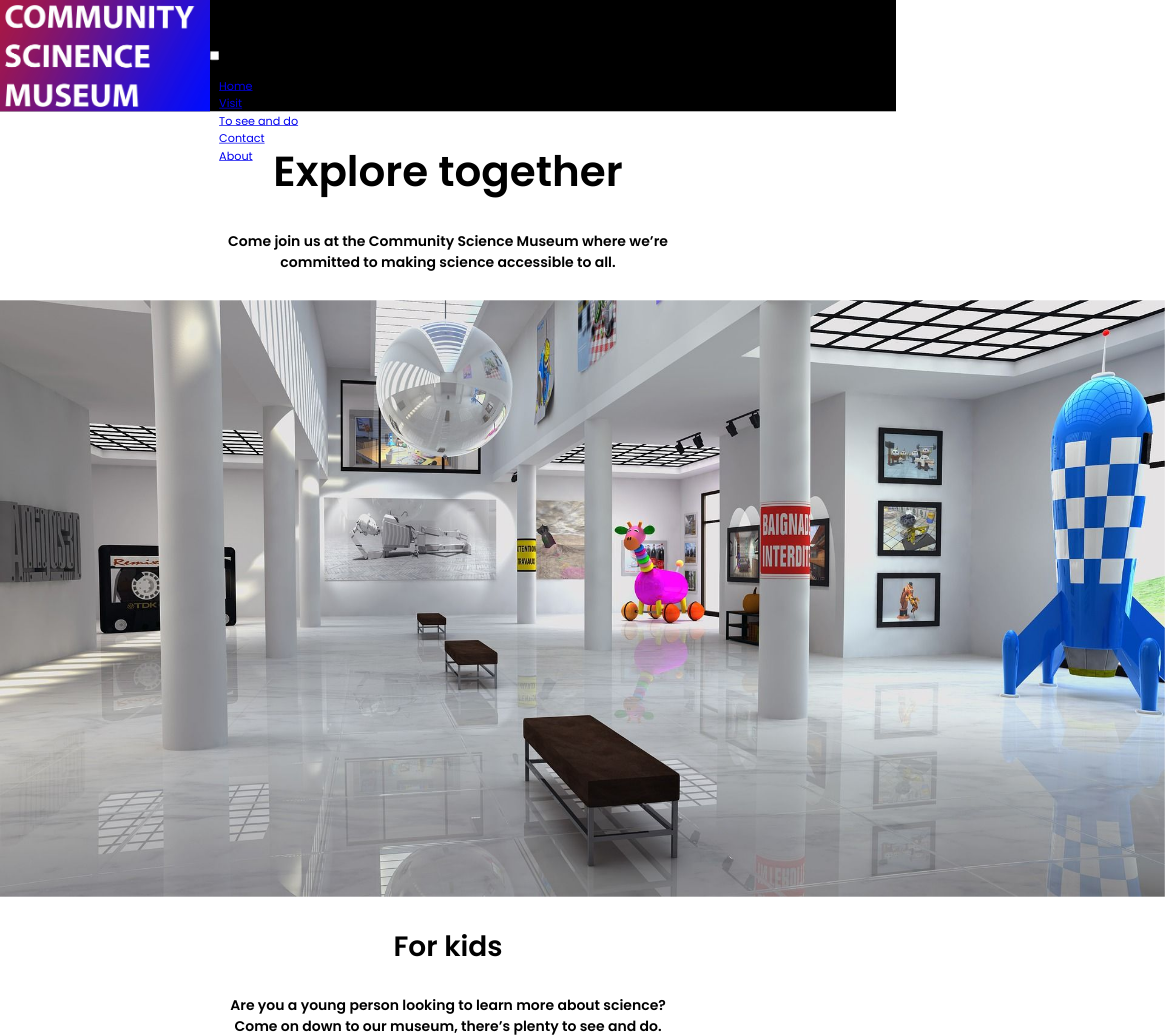
Repository: EpleWasTaken/Semester-Project
Page: index.html
The author's editor kept a copy of each file at every save. The page is drawn from the files as they stood at one save, then again after the next save.
The browser window is 1280 px wide. The page is 1664 px wide, so the pictures cover 1664 px, including what lies to the right of the window. The pictures show the part of the page from y = 0 to 1480 px (the page is 2454 px tall before and 2456 px after), at 70% of full size.
Some web libraries are served in a nearby version.

Above is the page before, as saved 2020-12-04 17:06:06.

### index.html
<!DOCTYPE html>
<html lang="en">
<head>
    <meta charset="UTF-8">
    <meta name="viewport" content="width=device-width, initial-scale=1.0">
    <meta name="keywords" content="museum, science museum, community museum">
    <meta name="author" content="Erlend Molvik Svanevik">
    <title>CSM Home Page</title>

    <link rel="preconnect" href="https://fonts.gstatic.com">
    <link href="https://fonts.googleapis.com/css2?family=Poppins:ital,wght@0,100;0,200;0,300;0,400;0,500;0,600;1,100;1,200;1,300;1,400;1,500;1,600&display=swap" rel="stylesheet">
    <link rel="stylesheet" href="/css/styles.css">
    <link rel="stylesheet" href="/css/footer.css">
    <script src="https://kit.fontawesome.com/cafca22d75.js" crossorigin="anonymous"></script>
</head>


<!--NAVIGAION, LOGO AND SEARCH BAR-->


<body>
    <header>
        <div class="logo-container">
            <a href="index.html" aria-label="Go to frontpage">
                <img src="/Images/CommunityScienceMuseum.jpg" class="logo" alt="Community Science Museum logo">
            </a>
        </div>
        <label class="hamburger-menu" for="hamburger-menu" aria-label="Hamburger menu for navigation"><i class="fas fa-bars fa-2x"></i></label>
        <input type="checkbox" id="hamburger-menu">
        <nav>
            <div class="nav-container">
                <ul>
                    <h2>Menu</h2>
                    <li><a href="index.html" aria-label="Go to home page">Home</a></li>
                    <li><a href="visit.html" aria-label="Go to the visit page">Visit</a></li>
                    <li><a href="to-see-and-do.html" aria-label="Go to: To see and do">To see and do</a></li>
                    <li><a href="contact.html" aria-label="Go to the contact page">Contact</a></li>
                    <li><a href="about.html" aria-label="Go to the about page">About</a></li>
                </ul>
            </div>
        </nav>
    </header>


<!--CONTENT-->


<main>
    <section class="presentation">
        <div class="introduction">
            <div class="welcome-text">
                <h1>Explore together</h1>
                <p>Come join us at the Community Science Museum where we’re committed to making science accessible to all.</p>
            </div>
            <div class="home-image">
                <img src="/Images/200kbmuseum.jpg" class="homepic" alt="Scinence museum hallway">
            </div>
            <div>
                <h3>For kids</h3>
                <p>Are you a young person looking to learn more about science? Come on down to our museum, there’s plenty to see and do.
                   You can learn about Newtonian physics from our bumper swing, or why not travel back in time and meet our resident Woolly Mammoth? Our exhibits are designed to be accessible for interested minds, so make sure you come ready to learn and explore.
                   We also have the Young Stars club which meets once a week on a Saturday between 10:00 and 13:00 where you’ll get to explore and experiment with our team of experts.
                   During the school holidays we run special holiday clubs where you can join other children your age to go on a journey of discovery. Each holiday we pick a new theme to explore. To find out more about the holiday club and how you can join, send us a message.
                </p>
            </div>
            <div>
                </a>
                <h3>What's new?</h3>
                <p>Lorem ipsum dolor sit amet consectetur adipisicing elit. Odio natus nihil soluta deleniti fuga consequuntur quos suscipit ratione,
                ipsam, laboriosam dolorum, veritatis saepe beatae incidunt eos autem fugit commodi sequi!</p>
            </div>
        </div>
    </section>
</main>



<!--FOOTER, TOS/LEGAL/PRIVACY-POLICY AND SOCIALS-->


    <footer class="footer">
        <div class="footer-container">
            <ul class="footer-social">
                <li>
                    <a href="#0" class="facebook"><i class="fab fa-facebook"></i></a>
                </li>
                <li>
                    <a href="#0" class="twitter"><i class="fab fa-twitter"></i></a>
                </li>
                <li>
                    <a href="#0" class="youtube"><i class="fab fa-youtube"></i></a>
                </li>
            </ul>
        </div>
        <div class="footer-container">
            <div class="footer-legal">
                <a href="#0">Legal</a>
                <a href="#0">Privacy Policy</a>
                <a href="#0">Terms of Service</a>
            </div>
            <div class="footer-copyright">
                <p>&copy; Erlend Svanevik. All rights reserved. All trademarks and registerd trademarks are the property of
                   their respective owners.</p>
            </div>
        </div>
    </footer>
</body>
</html>

### css/styles.css
* {
	margin: 0px;
	padding: 0px;
	box-sizing: border-box;
}

body {
	font-family: 'poppins', sans seriff;
	background-color: white;
}

header {
	display: flex;
	background-color: black;
}

.logo {
	max-width: 125px;
}

.logo-container {
	height: 66.41px;
}

/* NAVIGATION/HAMBURGER MENU/CLICKEBLE
-------------------------------------------*/

/*PICTURES
-----------------------------------------------*/

.homepic {
	width: auto;
	max-width: 100%;
	height: auto;
}

/*TEXT/FONT/TEXT ALIGNMENY
--------------------------------------------------*/

h1 {
	display: flex;
	align-items: center;
	justify-content: center;
	font-family: 'poppins', sans-serif;
	margin-left: auto;
	margin-right: auto;
	font-weight: 600;
	font-size: 30px;
	margin: 40px;
	text-align: center;
}

h3 {
	display: flex;
	align-items: center;
	justify-content: center;
	font-family: 'poppins', sans-serif;
	font-weight: 600;
	font-size: 20px;
	margin: 40px;
	text-align: center;
}

h2 {
	display: flex;
	align-items: center;
	justify-content: center;
	font-family: 'poppins', sans-serif;
	margin-left: auto;
	margin-right: auto;
	font-weight: 600;
	font-size: 20px;
	margin: 40px;
	text-align: center;
}

p {
	display: flex;
	align-items: center;
	justify-content: center;
	font-family: 'poppins', sans-serif;
	font-weight: 600;
	font-size: 15px;
	margin: 40px;
	max-width: 70%;
	margin-left: auto;
	margin-right: auto;
	text-align: center;
}

.open-hours p {
	margin: 20px;
	margin-left: auto;
	margin-right: auto;
	align-items: center;
	justify-content: center;
	text-align: center;
}

.footer-copyright {
	display: flex;
	flex-direction: column;
	justify-content: center;
	align-items: center;
	text-align: center;
}

.contact-container {
	display: flex;
	flex-direction: row;
	align-items: center;
}

.mail {
	display: flex;
	justify-content: center;
	align-items: center;
}

@media screen and (min-width: 1024px) {
	header {
		height: 159.38px;
	}

	.logo {
		display: flex;

		max-width: 300px;
	}

	.hamburger-menu {
		display: none;
	}

	.homepic {
		display: flex;
		flex-direction: column;
		justify-content: center;
		align-items: center;
		max-width: 1664px;
		margin-left: auto;
		margin-right: auto;
	}

	h1 {
		display: flex;
		align-items: center;
		justify-content: center;
		font-family: 'poppins', sans-serif;
		font-weight: 600;
		font-size: 60px;
		margin: 40px;
	}

	p {
		display: flex;
		align-items: center;
		justify-content: center;
		font-family: 'poppins', sans-serif;
		font-weight: 600;
		font-size: 20px;
		margin: 40px;
		max-width: 50%;
		margin-left: auto;
		margin-right: auto;
	}

	h3 {
		display: flex;
		align-items: center;
		justify-content: center;
		font-family: 'poppins', sans-serif;
		font-weight: 600;
		font-size: 40px;
		margin: 40px;
	}
}

### css/footer.css
/* FOOTER */

* {
	padding: 0;
	margin: 0;
	box-sizing: border-box;
}

footer {
	display: flex;
	flex-direction: column;
	justify-content: center;
	align-items: center;
	background-color: black;
	font-family: 'Poppins', sans-serif;
	font-weight: 600;
}

.footer-container {
	display: flex;
	flex-direction: column;
	justify-content: center;
	align-items: center;
}

.footer-social {
	font-size: 35px;
}

.footer-social li a {
	color: white;
}

.footer-legal {
	display: flex;
	flex-direction: column;
	text-decoration: none;
	align-items: center;
	justify-content: center;
	font-size: 20px;
}

.footer-legal a {
	display: flex;
	text-decoration: none;
	flex-direction: column;
	padding: 15px;
}

.footer-social li a.facebook:hover {
	color: #3b5998;
}

.footer-social li a.twitter:hover {
	color: #00acee;
}

.footer-social li a.youtube:hover {
	color: #c4302b;
}

.footer-legal a {
	color: white;
}

.footer-legal a:hover {
	color: #021859;
}

.footer-copyright {
	display: flex;
	flex-direction: column;
	text-decoration: none;
	font-size: 14px;
	color: teal;
}

ul {
	list-style: none;
}

@media screen and (min-width: 1024px) {
	.footer-legal {
		display: flex;
		flex-direction: row;
		justify-content: center;
		align-items: center;
	}

	.footer-legal a {
		display: flex;
		flex-direction: row;
		justify-content: center;
		align-items: center;
		padding: 15px;
	}

	.footer-social {
		display: flex;
		flex-direction: row;
		justify-content: center;
		align-items: center;
		text-decoration: none;
	}

	.footer-container {
		text-decoration: none;
	}

	.footer-social li {
		display: flex;
		flex-direction: row;
		text-decoration: none;
		margin: 15px;
	}
}

### css/hamburger.css
* {
	margin: 0;
	padding: 0;
	box-sizing: border-box;
}

nav {
	display: none;
}

label.hamburger-menu {
	display: block;
	height: 48px;
	padding: 16px;
	position: absolute;
	right: 0;
	top: 0;
	color: white;
	z-index: 1;
}

.nav-container {
	display: flex;
	flex-direction: column;
	align-items: center;
	position: fixed;
	top: 0;
	right: 0;
	background-color: black;
	width: 100%;
	height: 100vh;
	justify-content: center;
}

ul a {
	display: flex;
	text-decoration: none;
	font-size: 25px;
	justify-content: space-between;
	list-style-type: none;
	color: white;
	margin: 15px;
	font-weight: 400;
	align-items: center;
}

ul h2 {
	display: flex;
	text-decoration: underline;
	font-size: 35px;
	justify-content: space-between;
	list-style-type: none;
	color: white;
	margin: 25px;
	font-weight: 600;
	align-items: center;
}

ul {
	display: flex;
	flex-direction: column;
	justify-content: center;
	align-items: center;
}

#hamburger-menu {
	display: none;
}

#hamburger-menu:checked ~ nav {
	display: block;
}

After the next save:
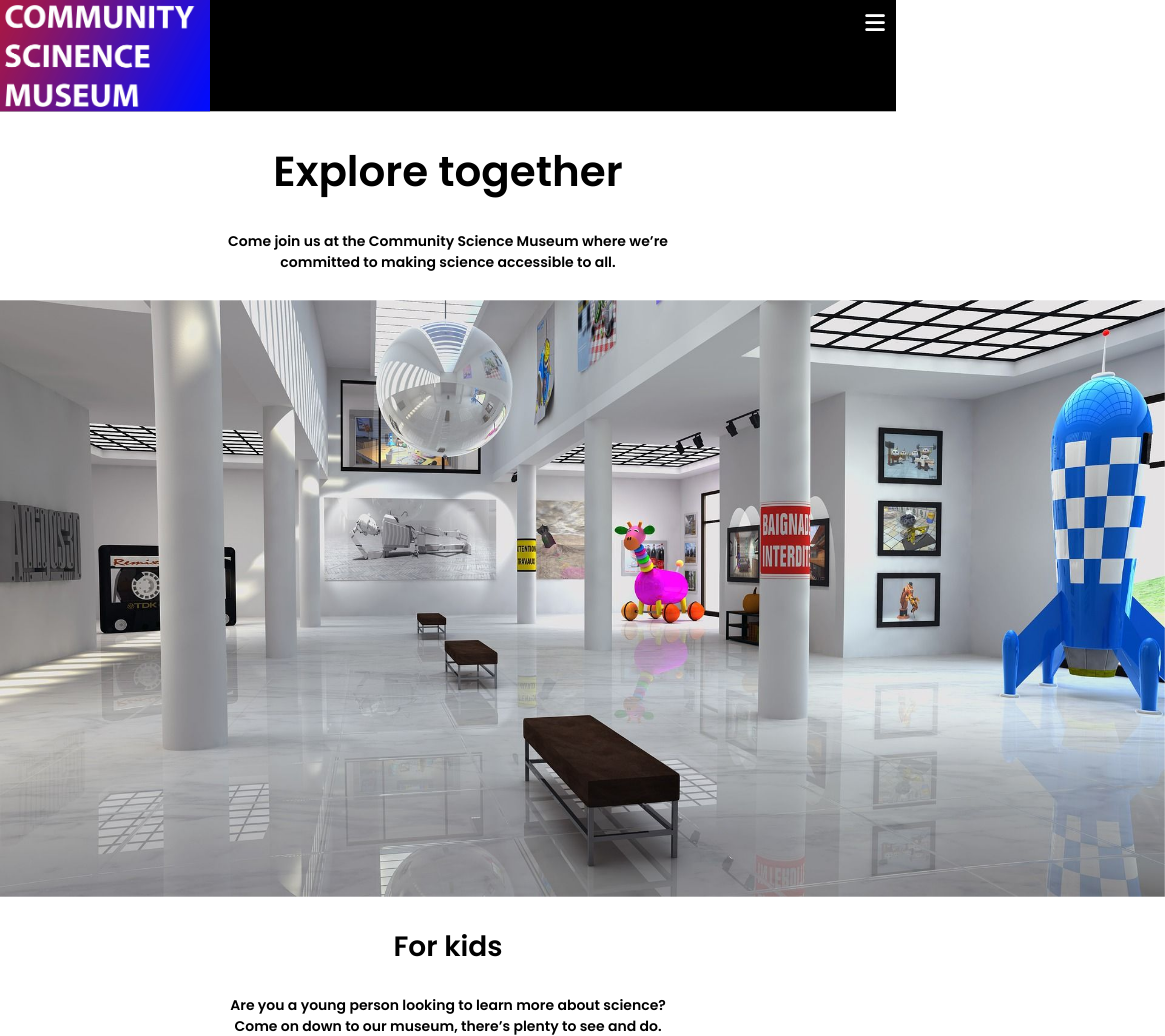
Saved 25 s later.
--- a/index.html
+++ b/index.html
@@ -11,6 +11,7 @@
     <link href="https://fonts.googleapis.com/css2?family=Poppins:ital,wght@0,100;0,200;0,300;0,400;0,500;0,600;1,100;1,200;1,300;1,400;1,500;1,600&display=swap" rel="stylesheet">
     <link rel="stylesheet" href="/css/styles.css">
     <link rel="stylesheet" href="/css/footer.css">
+    <link rel="stylesheet" href="/css/hamburger.css">
     <script src="https://kit.fontawesome.com/cafca22d75.js" crossorigin="anonymous"></script>
 </head>
 
